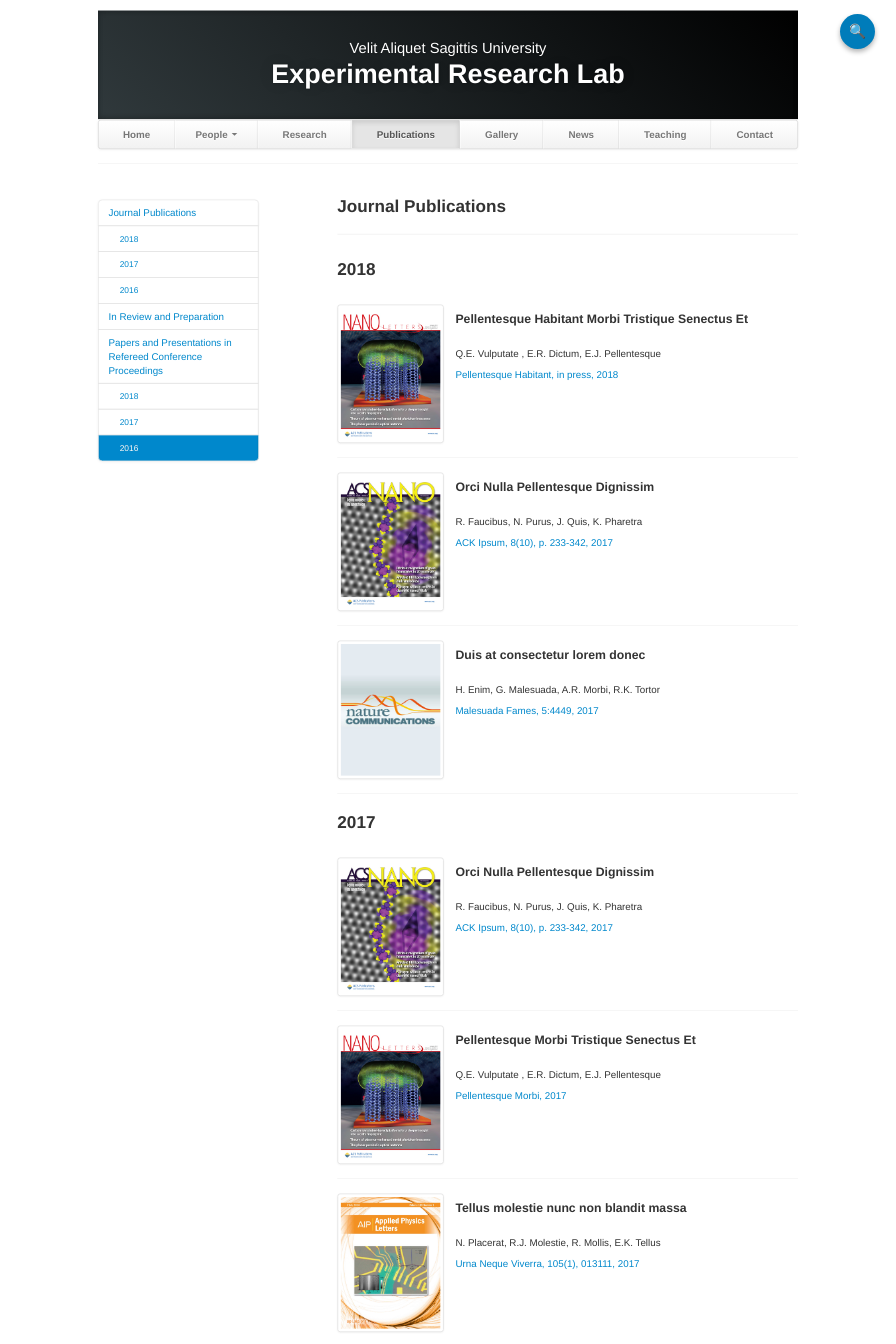
Repository: IAEUC/iaeuc.github.io
Page: publications.html
These files come from the project's save history. The page is drawn as it stood at one moment and after the next save; the edit follows.
The browser window is 1280 px wide. The pictures show the part of the page from y = 0 to 1920 px (the page is 5423 px tall before and 5225 px after), at 70% of full size.

Above is the page before, as saved 2025-08-09 12:12:10.

After the next save:
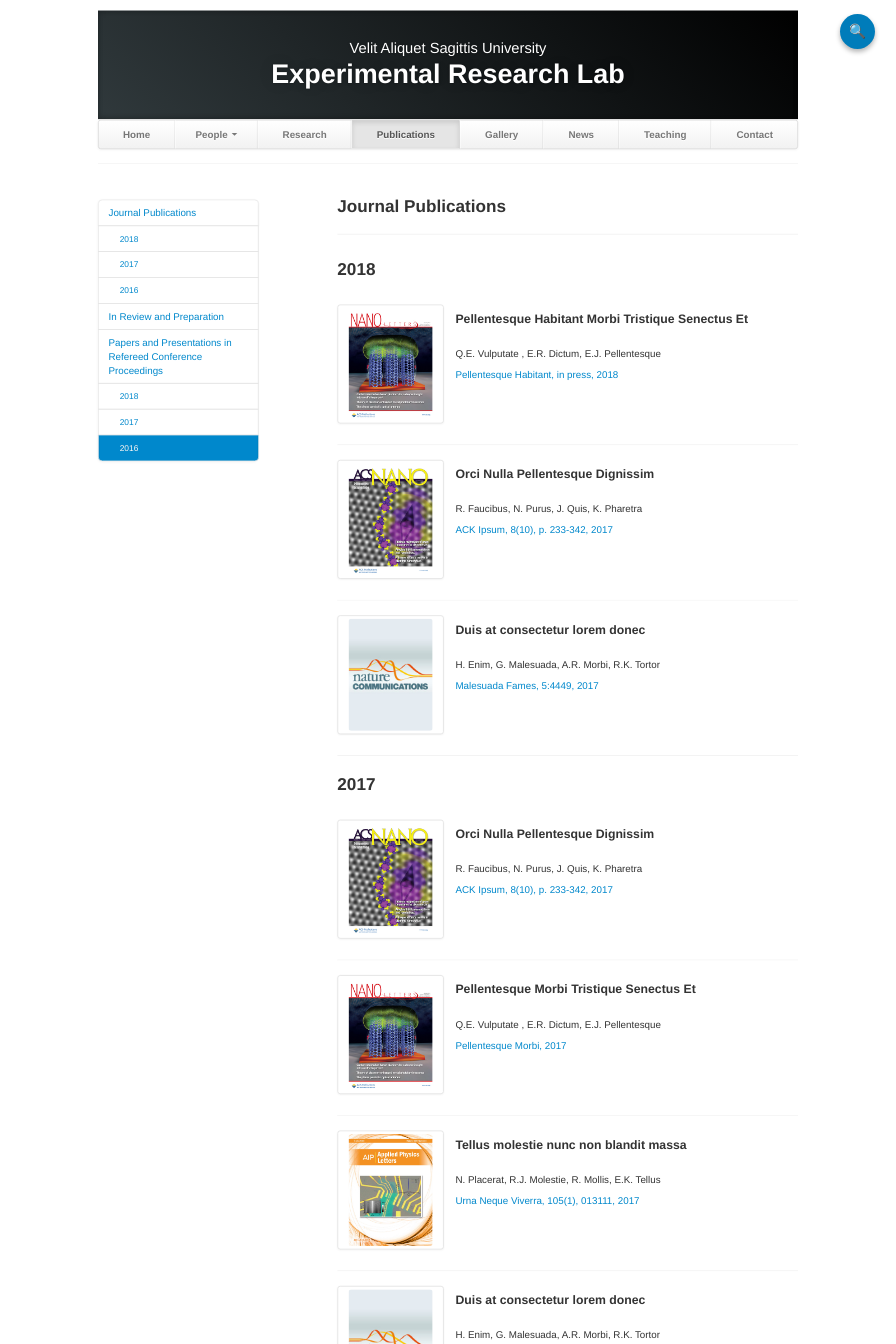
Saved 10 s later.
--- a/publications.html
+++ b/publications.html
@@ -99,7 +99,7 @@
          }
       </style>
    </head>
-   <body>
+   <body class="publications-page">
       <div class="container">
          <header class="jumbotron subhead" id="overview">
             <p class="lead"> Velit Aliquet Sagittis University </p>
